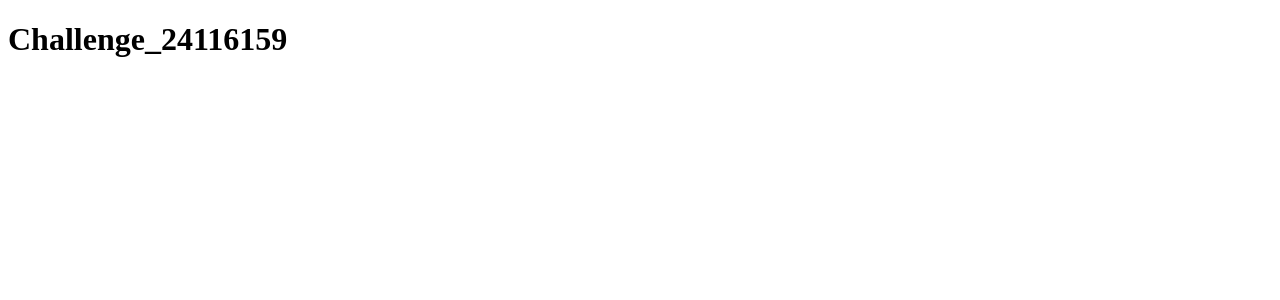
Repository: Nabils27/challenge-html
Page: Challenge_24.11.6159.html
The author's editor kept a copy of each file at every save. The page is drawn from the files as they stood at one save, then again after the next save.
The browser window is 1280 px wide. The pictures show the whole page.

Above is the page before, as saved 2026-04-20 10:29:17.

After the next save:
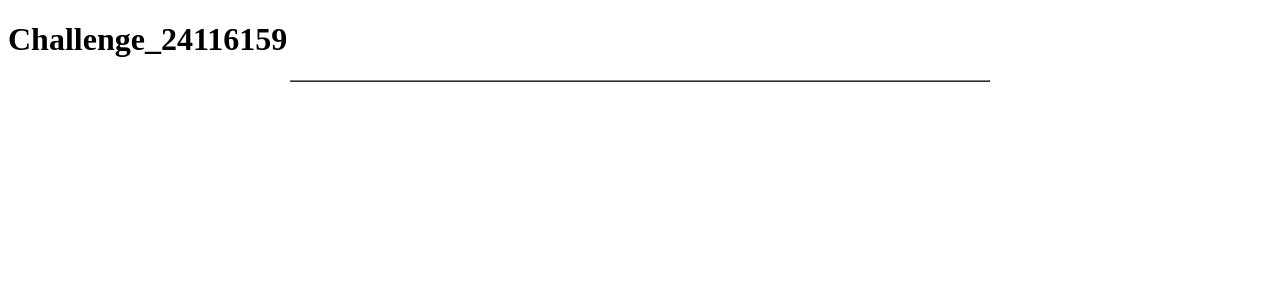
Saved 15 min 2 s later.
--- a/Challenge_24.11.6159.html
+++ b/Challenge_24.11.6159.html
@@ -6,8 +6,7 @@
     <title>Challenge_24116159</title>
 </head>
 <body>
-    <h1>
-        Challenge_24116159
-    </h1>
+    <h1>Challenge_24116159</h1>
+    <table border="1" style="margin:auto;" cellpadding="8" cellspacing="0" width="700"> </table>
 </body>
 </html>

After the save that followed:
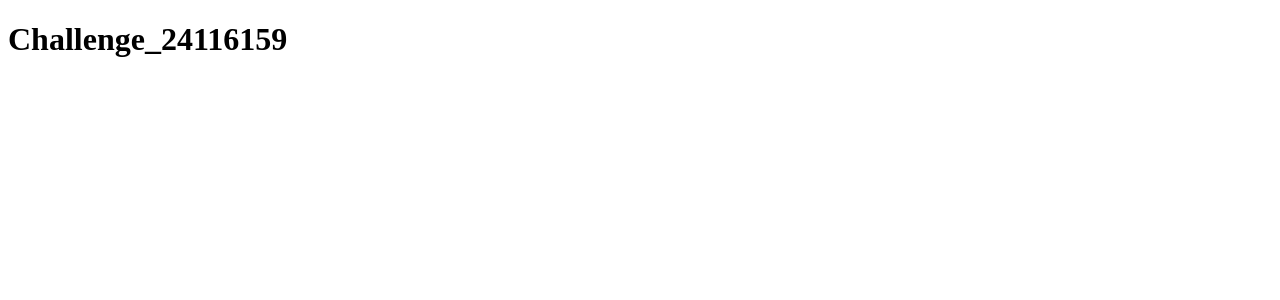
Saved 4 min 10 s later.
--- a/Challenge_24.11.6159.html
+++ b/Challenge_24.11.6159.html
@@ -7,6 +7,3 @@
 </head>
 <body>
     <h1>Challenge_24116159</h1>
-    <table border="1" style="margin:auto;" cellpadding="8" cellspacing="0" width="700"> </table>
-</body>
-</html>
